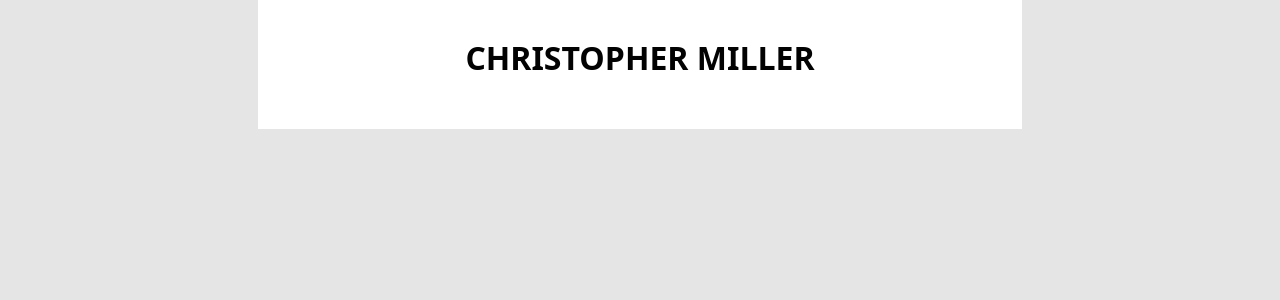
Repository: lannguyen1301/f8-zoom-day-4
Page: cv.html
These files come from the project's save history. The page is drawn as it stood at one moment and after the next save; the edit follows.
The browser window is 1280 px wide. The pictures show the whole page.

Above is the page before, as saved 2025-04-17 23:05:03.

After the next save:
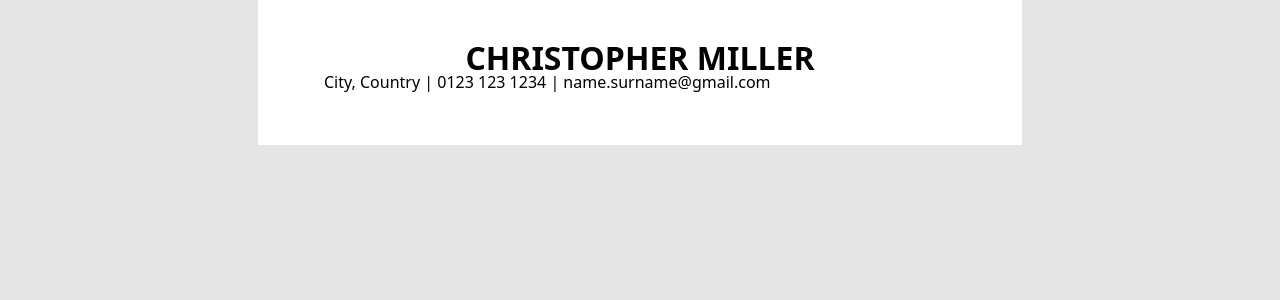
Saved 6 s later.
--- a/cv.html
+++ b/cv.html
@@ -14,7 +14,7 @@
         <div class="top-desc">
             <h1 class="title-desc">CHRISTOPHER MILLER</h1>
             <p class="infor-desc">
-
+                City, Country | 0123 123 1234 | name.surname@gmail.com
             </p>
         </div>
     </div>
